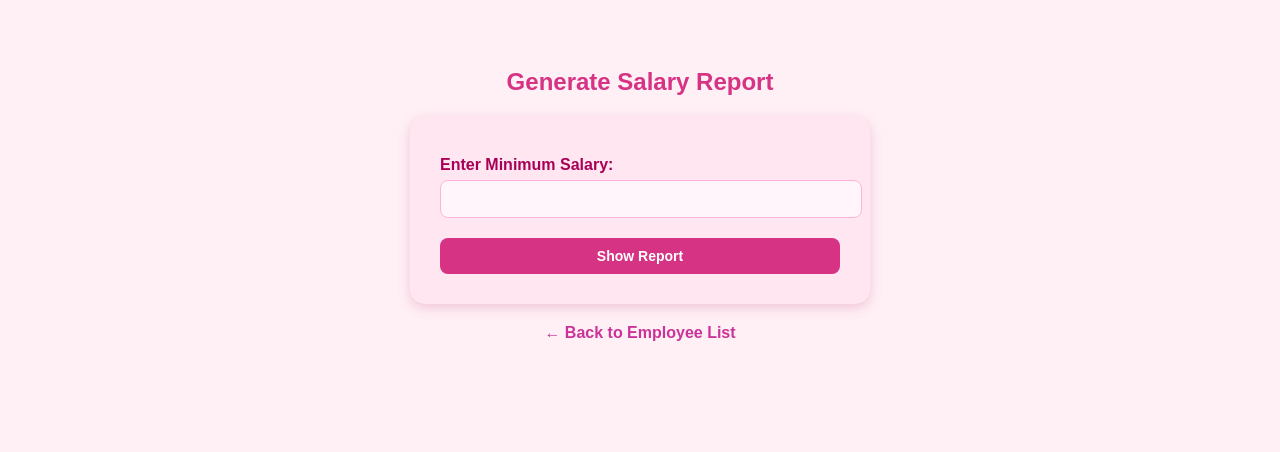
Repository: KUSUMA-74/Advance-JavaProject
Page: http://localhost/EmployeeWebApp/report_form.jsp
An editor plug-in stored every save of this project. The page is shown before and after the next save, followed by the edit.
The browser window is 1280 px wide. The pictures show the whole page.
The page is served by Tomcat 9. Other server files are loaded and not shown.

Above is the page before, as saved 2025-05-30 15:35:10.

### EmployeeWebApp/src/main/webapp/report_form.jsp
<%@ page contentType="text/html;charset=UTF-8" language="java" %>
<!DOCTYPE html>
<html>
<head>
    <title>Generate Salary Report</title>
    <style>
        body {
            background-color: #fff0f5;
            color: #660033;
            font-family: Arial, sans-serif;
            padding: 40px;
            display: flex;
            flex-direction: column;
            align-items: center;
        }
        h2 {
            color: #d63384;
        }
        form {
            background-color: #ffe6f0;
            padding: 30px;
            border-radius: 15px;
            box-shadow: 0 4px 12px rgba(204, 102, 153, 0.3);
            width: 400px;
            display: flex;
            flex-direction: column;
        }
        label {
            margin-top: 10px;
            font-weight: bold;
            color: #a80056;
        }
        input {
            width: 100%;
            padding: 10px;
            margin-top: 6px;
            border: 1px solid #ffb3d9;
            border-radius: 8px;
            background-color: #fff5fa;
            color: #660033;
            font-size: 14px;
        }
        input[type=submit] {
            background-color: #d63384;
            color: white;
            font-weight: bold;
            margin-top: 20px;
            cursor: pointer;
            border: none;
            border-radius: 8px;
            transition: background-color 0.3s ease;
        }
        input[type=submit]:hover {
            background-color: #a80056;
        }
        a {
            margin-top: 20px;
            color: #cc3399;
            text-decoration: none;
            font-weight: 600;
        }
        a:hover {
            text-decoration: underline;
        }
        .error {
            margin-top: 20px;
            color: #cc0033;
            text-align: center;
            font-weight: 600;
        }
    </style>
</head>
<body>
    <h2>Generate Salary Report</h2>

    <form action="report_result.jsp" method="get">
        <label for="salary">Enter Minimum Salary:</label>
        <input type="number" name="salary" id="salary" step="0.01" required />

        <input type="submit" value="Show Report" />
    </form>

    <%
       String error = request.getParameter("error");
       if (error != null) {
    %>
       <p class="error"><%= error %></p>
    <%
       }
    %>

    <a href="empdisplay.jsp">← Back to Employee List</a>
</body>
</html>

After the next save:
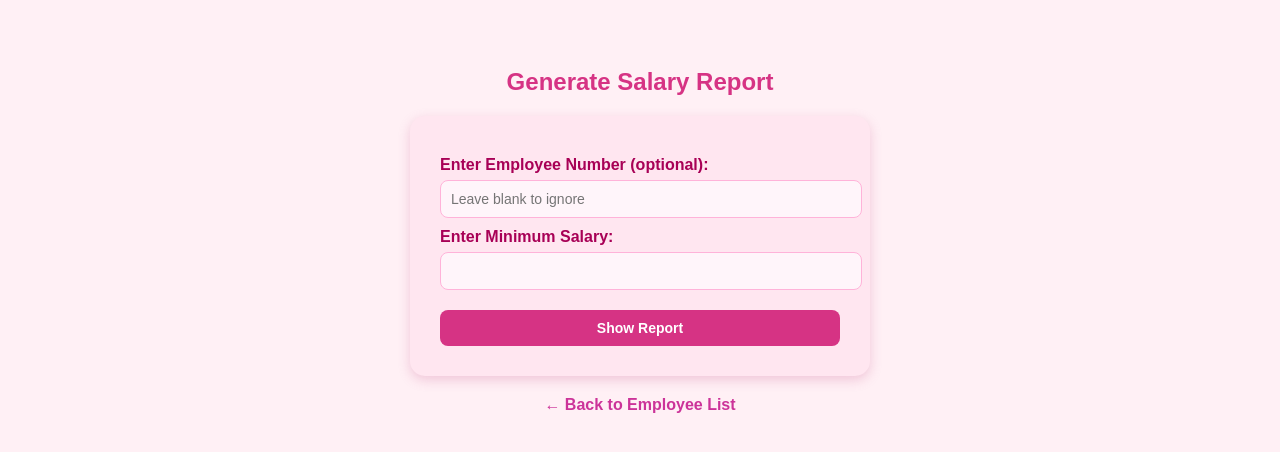
Saved 2 min 45 s later.
--- a/EmployeeWebApp/src/main/webapp/report_form.jsp
+++ b/EmployeeWebApp/src/main/webapp/report_form.jsp
@@ -74,6 +74,9 @@
     <h2>Generate Salary Report</h2>
 
     <form action="report_result.jsp" method="get">
+        <label for="empno">Enter Employee Number (optional):</label>
+        <input type="number" name="empno" id="empno" min="1" placeholder="Leave blank to ignore" />
+
         <label for="salary">Enter Minimum Salary:</label>
         <input type="number" name="salary" id="salary" step="0.01" required />
 
